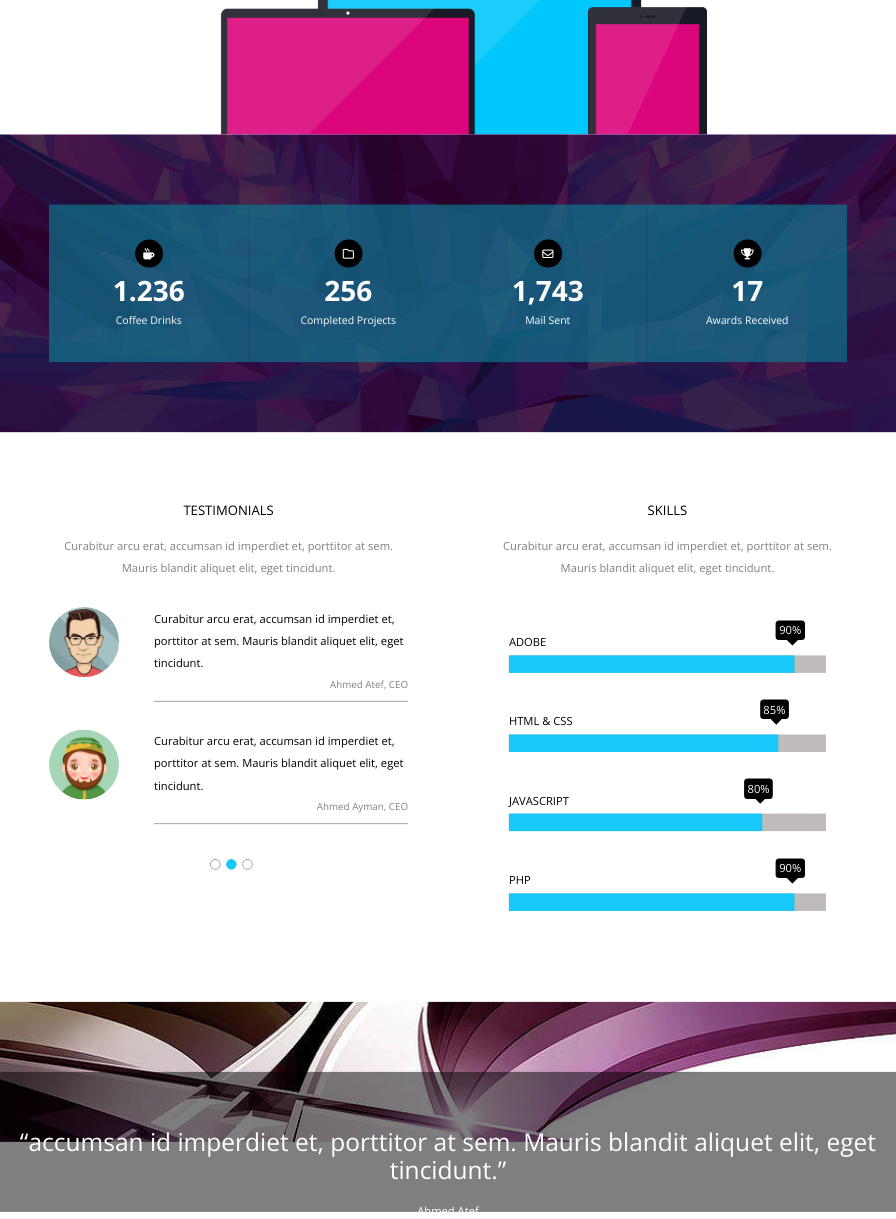
Repository: Ahmed123rezk123/Template_2
Page: index.html
An editor plug-in stored every save of this project. The page is shown before and after the next save, followed by the edit.
The browser window is 1280 px wide. The pictures show the part of the page from y = 4436 to 6356 px (the page is 6177 px tall before and 6356 px after), at 70% of full size.
A picture or video elsewhere on the page could not be fetched, so the positions and the page height are approximate. Some web fonts or font styles are not loaded; a fallback is used.

Above is the page before, as saved 2024-04-15 19:33:16.

After the next save:
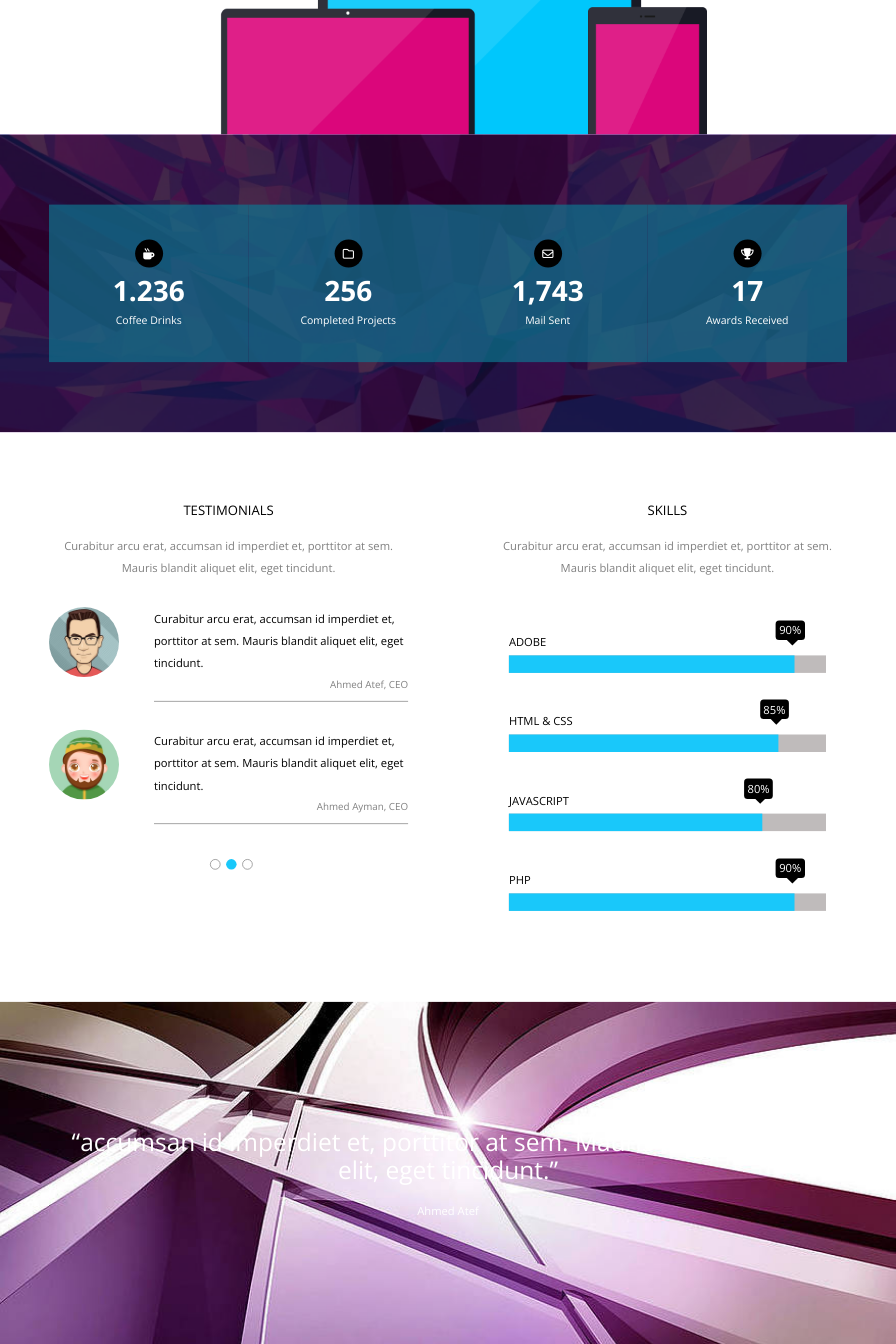
Saved 24 s later.
--- a/css/kasper.css
+++ b/css/kasper.css
@@ -800,7 +800,7 @@ background-image: url(/images/quote.jpg);
 background-size: cover;
 position: relative;
 }
-.quote .container {
+.quote::before {
     position: absolute;
     background-color: rgba(0, 0, 0, 50%);
     width: 100%;
